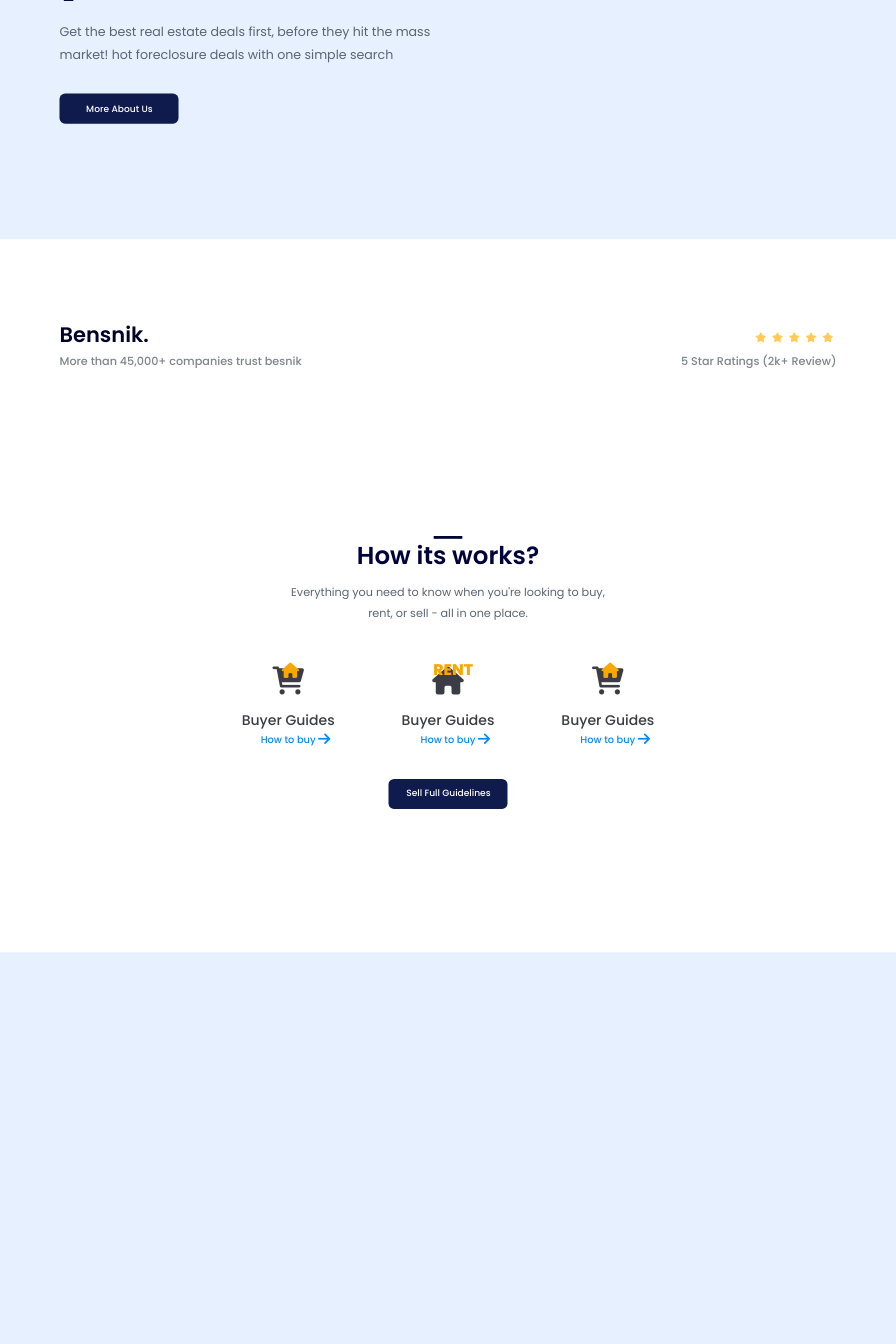
Repository: kauittt/f8-htmlcss-01
Page: index.html
These files come from the project's save history. The page is drawn as it stood at one moment and after the next save; the edit follows.
The browser window is 1280 px wide. The pictures show the part of the page from y = 394 to 2314 px (the page is 3771 px tall), at 70% of full size.

Above is the page before, as saved 2022-12-31 21:01:41.

### index.html
<!DOCTYPE html>
<html lang="en">
    <head>
        <meta charset="UTF-8" />
        <meta http-equiv="X-UA-Compatible" content="IE=edge" />
        <meta name="viewport" content="width=device-width, initial-scale=1.0" />
        <title>F8-PROJECT-01</title>
        <link rel="preconnect" href="https://cdnjs.cloudflare.com" />
        <link
            rel="stylesheet"
            href="https://cdnjs.cloudflare.com/ajax/libs/font-awesome/6.2.1/css/all.min.css"
        />
        <link rel="stylesheet" href="./assets/css/reset.css" />
        <link rel="stylesheet" href="./assets/fonts/stylesheet.css" />
        <link rel="stylesheet" href="./assets/css/styles.css" />
    </head>
    <body>
        <header id="header" class="colored">
            <div class="content">
                <div class="header-nav">
                    <p class="logo">Bensnik.</p>
                    <ul class="header-nav-list">
                        <li class="header-nav-list__item">Home</li>
                        <li class="header-nav-list__item">Features</li>
                        <li class="header-nav-list__item">Services</li>
                        <li class="header-nav-list__item">Resources</li>
                        <li class="header-nav-list__item">Contact</li>
                    </ul>

                    <div class="header-nav-account">
                        <p class="header-nav-account__general">Sign in</p>
                        <p class="header-nav-account__general btn">Sign up</p>
                    </div>
                </div>

                <div class="header-about">
                    <p class="header-about__welcome">
                        Welcome to Bensnik Agency
                    </p>
                    <h1 class="header-about__heading">
                        Discover a place you'll love to live
                    </h1>
                    <p class="header-about__desc">
                        Get the best real estate deals first, before they hit
                        the mass market! hot foreclosure deals with one simple
                        search
                    </p>
                    <p class="header-about__link btn">More About Us</p>
                </div>
            </div>
        </header>

        <div id="client">
            <div class="content">
                <div class="client-infor">
                    <p class="logo">Bensnik.</p>
                    <div class="client-infor-wrap">
                        <i class="fa-solid fa-star client-infor-wrap__item"></i>
                        <i class="fa-solid fa-star client-infor-wrap__item"></i>
                        <i class="fa-solid fa-star client-infor-wrap__item"></i>
                        <i class="fa-solid fa-star client-infor-wrap__item"></i>
                        <i class="fa-solid fa-star client-infor-wrap__item"></i>
                    </div>
                </div>
                <div class="client-infor">
                    <p class="client-infor__text">
                        More than 45,000+ companies trust besnik
                    </p>
                    <p class="client-infor__text">
                        5 Star Ratings (2k+ Review)
                    </p>
                </div>

                <div class="client-logo">
                    <img src="" alt="" />
                </div>
            </div>
        </div>

        <div id="desc">
            <div class="small-content desc-wrap">
                <div class="desc-heading">
                    <h2 class="desc-heading__title">How its works?</h2>
                    <p class="desc-heading__text">
                        Everything you need to know when you're looking to buy,
                        rent, or sell - all in one place.
                    </p>
                </div>

                <div class="desc-guide">
                    <div class="desc-guide-item">
                        <i
                            class="desc-guide-item__icon fa-solid fa-cart-shopping"
                        >
                        </i>
                        <i
                            class="desc-guide-item__childIcon desc-guide-item__childIcon--topCenter fa-solid fa-house"
                        ></i>
                        <p class="desc-guide-item__name">Buyer Guides</p>
                        <p class="desc-guide-item__instruc">
                            How to buy
                            <i
                                class="desc-guide-item__instruc__icon fa-solid fa-arrow-right"
                            ></i>
                        </p>
                    </div>
                    <div class="desc-guide-item">
                        <i
                            class="desc-guide-item__icon fa-solid fa-house"
                        ></i>
                        </i>
                        <span class="desc-guide-item__childIcon">RENT</span>
                        <p class="desc-guide-item__name">Buyer Guides</p>
                        <p class="desc-guide-item__instruc">
                            How to buy
                            <i
                                class="desc-guide-item__instruc__icon fa-solid fa-arrow-right"
                            ></i>
                        </p>
                    </div>
                    <div class="desc-guide-item">
                        <i
                            class="desc-guide-item__icon fa-solid fa-cart-shopping"
                        >
                        </i>
                        <i
                            class="desc-guide-item__childIcon fa-solid fa-house"
                        ></i>
                        <p class="desc-guide-item__name">Buyer Guides</p>
                        <p class="desc-guide-item__instruc">
                            How to buy
                            <i
                                class="desc-guide-item__instruc__icon fa-solid fa-arrow-right"
                            ></i>
                        </p>
                    </div>
                </div>

                <p class="desc__link btn">Sell Full Guidelines</p>
            </div>
        </div>

        <div id="feature" class="colored">
            <div class="content"></div>
        </div>

        <div id="news">
            <div class="content"></div>
        </div>

        <footer id="footer">
            <div class="content">
                <div class="nav"></div>
            </div>
        </footer>

        <script src="./assets/js/basic.js"></script>
    </body>
</html>

### assets/css/reset.css
html,
body,
div,
span,
applet,
object,
iframe,
h1,
h2,
h3,
h4,
h5,
h6,
p,
blockquote,
pre,
a,
abbr,
acronym,
address,
big,
cite,
code,
del,
dfn,
em,
img,
ins,
kbd,
q,
s,
samp,
small,
strike,
strong,
sub,
sup,
tt,
var,
b,
u,
i,
center,
dl,
dt,
dd,
ol,
ul,
li,
fieldset,
form,
label,
legend,
table,
caption,
tbody,
tfoot,
thead,
tr,
th,
td,
article,
aside,
canvas,
details,
embed,
figure,
figcaption,
footer,
header,
hgroup,
menu,
nav,
output,
ruby,
section,
summary,
time,
mark,
audio,
video {
    margin: 0;
    padding: 0;
    border: 0;
    font-size: 100%;
    font: inherit;
    vertical-align: baseline;
}
article,
aside,
details,
figcaption,
figure,
footer,
header,
hgroup,
menu,
nav,
section {
    display: block;
}
body {
    line-height: 1;
}
ol,
ul {
    list-style: none;
}
blockquote,
q {
    quotes: none;
}
blockquote:before,
blockquote:after,
q:before,
q:after {
    content: "";
    content: none;
}
table {
    border-collapse: collapse;
    border-spacing: 0;
}

### assets/fonts/stylesheet.css
@font-face {
    font-family: "Poppins";
    src: url("Poppins/Poppins-Bold.woff2") format("woff2"),
        url("Poppins/Poppins-Bold.woff") format("woff");
    font-weight: bold;
    font-style: normal;
    font-display: swap;
}

@font-face {
    font-family: "Poppins";
    src: url("Poppins/Poppins-Black.woff2") format("woff2"),
        url("Poppins/Poppins-Black.woff") format("woff");
    font-weight: 900;
    font-style: normal;
    font-display: swap;
}

@font-face {
    font-family: "Poppins";
    src: url("Poppins/Poppins-BlackItalic.woff2") format("woff2"),
        url("Poppins/Poppins-BlackItalic.woff") format("woff");
    font-weight: 900;
    font-style: italic;
    font-display: swap;
}

@font-face {
    font-family: "Poppins";
    src: url("Poppins/Poppins-BoldItalic.woff2") format("woff2"),
        url("Poppins/Poppins-BoldItalic.woff") format("woff");
    font-weight: bold;
    font-style: italic;
    font-display: swap;
}

@font-face {
    font-family: "Poppins";
    src: url("Poppins/Poppins-ExtraBold.woff2") format("woff2"),
        url("Poppins/Poppins-ExtraBold.woff") format("woff");
    font-weight: bold;
    font-style: normal;
    font-display: swap;
}

@font-face {
    font-family: "Poppins";
    src: url("Poppins/Poppins-ExtraBoldItalic.woff2") format("woff2"),
        url("Poppins/Poppins-ExtraBoldItalic.woff") format("woff");
    font-weight: bold;
    font-style: italic;
    font-display: swap;
}

@font-face {
    font-family: "Poppins";
    src: url("Poppins/Poppins-ExtraLight.woff2") format("woff2"),
        url("Poppins/Poppins-ExtraLight.woff") format("woff");
    font-weight: 200;
    font-style: normal;
    font-display: swap;
}

@font-face {
    font-family: "Poppins";
    src: url("Poppins/Poppins-ExtraLightItalic.woff2") format("woff2"),
        url("Poppins/Poppins-ExtraLightItalic.woff") format("woff");
    font-weight: 200;
    font-style: italic;
    font-display: swap;
}

@font-face {
    font-family: "Poppins";
    src: url("Poppins/Poppins-Italic.woff2") format("woff2"),
        url("Poppins/Poppins-Italic.woff") format("woff");
    font-weight: normal;
    font-style: italic;
    font-display: swap;
}

@font-face {
    font-family: "Poppins";
    src: url("Poppins/Poppins-Light.woff2") format("woff2"),
        url("Poppins/Poppins-Light.woff") format("woff");
    font-weight: 300;
    font-style: normal;
    font-display: swap;
}

@font-face {
    font-family: "Poppins";
    src: url("Poppins/Poppins-LightItalic.woff2") format("woff2"),
        url("Poppins/Poppins-LightItalic.woff") format("woff");
    font-weight: 300;
    font-style: italic;
    font-display: swap;
}

@font-face {
    font-family: "Poppins";
    src: url("Poppins/Poppins-Medium.woff2") format("woff2"),
        url("Poppins/Poppins-Medium.woff") format("woff");
    font-weight: 500;
    font-style: normal;
    font-display: swap;
}

@font-face {
    font-family: "Poppins";
    src: url("Poppins/Poppins-MediumItalic.woff2") format("woff2"),
        url("Poppins/Poppins-MediumItalic.woff") format("woff");
    font-weight: 500;
    font-style: italic;
    font-display: swap;
}

@font-face {
    font-family: "Poppins";
    src: url("Poppins/Poppins-Regular.woff2") format("woff2"),
        url("Poppins/Poppins-Regular.woff") format("woff");
    font-weight: normal;
    font-style: normal;
    font-display: swap;
}

@font-face {
    font-family: "Poppins";
    src: url("Poppins/Poppins-SemiBold.woff2") format("woff2"),
        url("Poppins/Poppins-SemiBold.woff") format("woff");
    font-weight: 600;
    font-style: normal;
    font-display: swap;
}

@font-face {
    font-family: "Poppins";
    src: url("Poppins/Poppins-SemiBoldItalic.woff2") format("woff2"),
        url("Poppins/Poppins-SemiBoldItalic.woff") format("woff");
    font-weight: 600;
    font-style: italic;
    font-display: swap;
}

@font-face {
    font-family: "Poppins";
    src: url("Poppins/Poppins-Thin.woff2") format("woff2"),
        url("Poppins/Poppins-Thin.woff") format("woff");
    font-weight: 100;
    font-style: normal;
    font-display: swap;
}

@font-face {
    font-family: "Poppins";
    src: url("Poppins/Poppins-ThinItalic.woff2") format("woff2"),
        url("Poppins/Poppins-ThinItalic.woff") format("woff");
    font-weight: 100;
    font-style: italic;
    font-display: swap;
}

### assets/css/styles.css
/*! COMMON */
* {
    box-sizing: border-box;
}

html {
    font-size: 62.5%;
}

body {
    font-family: "Poppins", sans-serif;
    font-size: 1.4rem;
    font-weight: 500;
    display: flex;
    flex-direction: column;
}

:root {
    --main-color: #e6f0ff;
}

.colored {
    background-color: var(--main-color);
}

.content {
    max-width: 111rem;
    margin: 0 auto;
}

.small-content {
    max-width: 68.5rem;
    margin: 0 auto;
}

.logo {
    color: #000228;
    font-weight: 600;
    font-size: 3rem;
}

/*! HEADER */
#header {
    height: 73.6rem;
}

.header-nav {
    display: flex;
    margin-top: 38px;
    height: 4rem;
    justify-content: space-between;
    align-items: center;
}

.header-nav-list {
    display: flex;
    margin-left: -206px;
}

.header-nav-list__item {
    color: #4f5361;
}

.header-nav-list__item + .header-nav-list__item {
    margin-left: 28px;
}

.header-nav-account {
    display: flex;
}

.header-nav-account__general {
    padding: 9px 22px 10px 23px;
    color: #0f1b4c;
}

/*! BUTTONN */
.btn {
    display: inline-block;
    border-radius: 8px;
    color: #fff;
    background-color: #0f1b4c;
    align-items: center;
}
/*!  */

.header-about {
    margin-top: 138px;
    max-width: 55.9rem;
}

.header-about__welcome {
    font-size: 1.8rem;
    color: #687690;
}

.header-about__heading {
    font-size: 6.4rem;
    font-weight: 700;
    line-height: 7.6rem;
    margin: 8px 0 30px 0;
    color: #000336;
}

.header-about__desc {
    font-size: 1.8rem;
    line-height: 3.2rem;
    font-weight: 400;
    color: #5a6473;
}

.header-about__link {
    font-size: 1.3rem;
    padding: 15px 37px 15px 38px;
    margin-top: 40px;
}

/*! LOGO */
#client {
    height: 31.2rem;
    margin-top: 122px;
}

.client-infor {
    display: flex;
    justify-content: space-between;
    align-items: center;
}

.client-infor + .client-infor {
    margin-top: 15px;
}

.client-infor-wrap__item {
    display: inline-block;
    width: 2.03rem;
    height: 1.885rem;
    color: #ffca56;
    line-height: 3rem;
}

.client-infor__text {
    font-size: 1.6rem;
    color: #7d8589;
}

.client-logo {
}

/*! DESCRIPTION */
#desc {
    height: 58.5rem;
}

.desc-wrap {
    text-align: center;
}

.desc-heading {
    max-width: 45rem;
    margin: 0 auto;
    display: flex;
    flex-direction: column;
}

.desc-heading__title {
    font-size: 3.5rem;
    font-weight: 600;
    color: #000339;
    position: relative;
}

.desc-heading__title::before {
    content: "";
    display: block;
    position: absolute;

    width: 4.1rem;
    height: 0.4rem;
    background-color: #000339;

    left: 50%;
    top: -1rem;
    transform: translateX(-50%);
}

.desc-heading__text {
    font-size: 1.6rem;
    font-weight: 400;
    line-height: 3rem;
    margin-top: 2rem;
    color: #5a6473;
}

.desc-guide {
    display: flex;
    margin-top: 62px;
    margin-bottom: 50px;
}

.desc-guide-item {
    width: calc(100% / 3);
    position: relative;
}

.desc-guide-item__icon {
    color: #3b3c45;
    font-size: 4rem;
}

.desc-guide-item__childIcon {
    position: absolute;
    font-size: 2.2rem;
    color: #f7a804;
    left: 50%;
    transform: translateX(-37%);
    top: -6px;
    font-weight: 700;
}

.desc-guide-item__name {
    font-size: 2rem;
    color: #3b3c45;
    margin-top: 26px;
    margin-bottom: 10px;
}

.desc-guide-item__instruc {
    font-size: 1.4rem;
    color: #0689ff;
    position: relative;
}

.desc-guide-item__instruc__icon {
    position: absolute;
    font-size: 2rem;
    top: 50%;
    transform: translateY(-50%);
    right: 5.4rem;
}

.desc__link {
    padding: 14px 24px 16px 25px;
    font-size: 1.3rem;
}

/*! FEATURE */
#feature {
    height: 158.7rem;
}

/*! NEWS */
#new {
    height: 40.9rem;
}

/*! FOOTER */
#footer {
    height: 42.9rem;
}

Loaded but not shown: assets/js/basic.js (no copy from this time; the picture is the same without it)

After the next save:
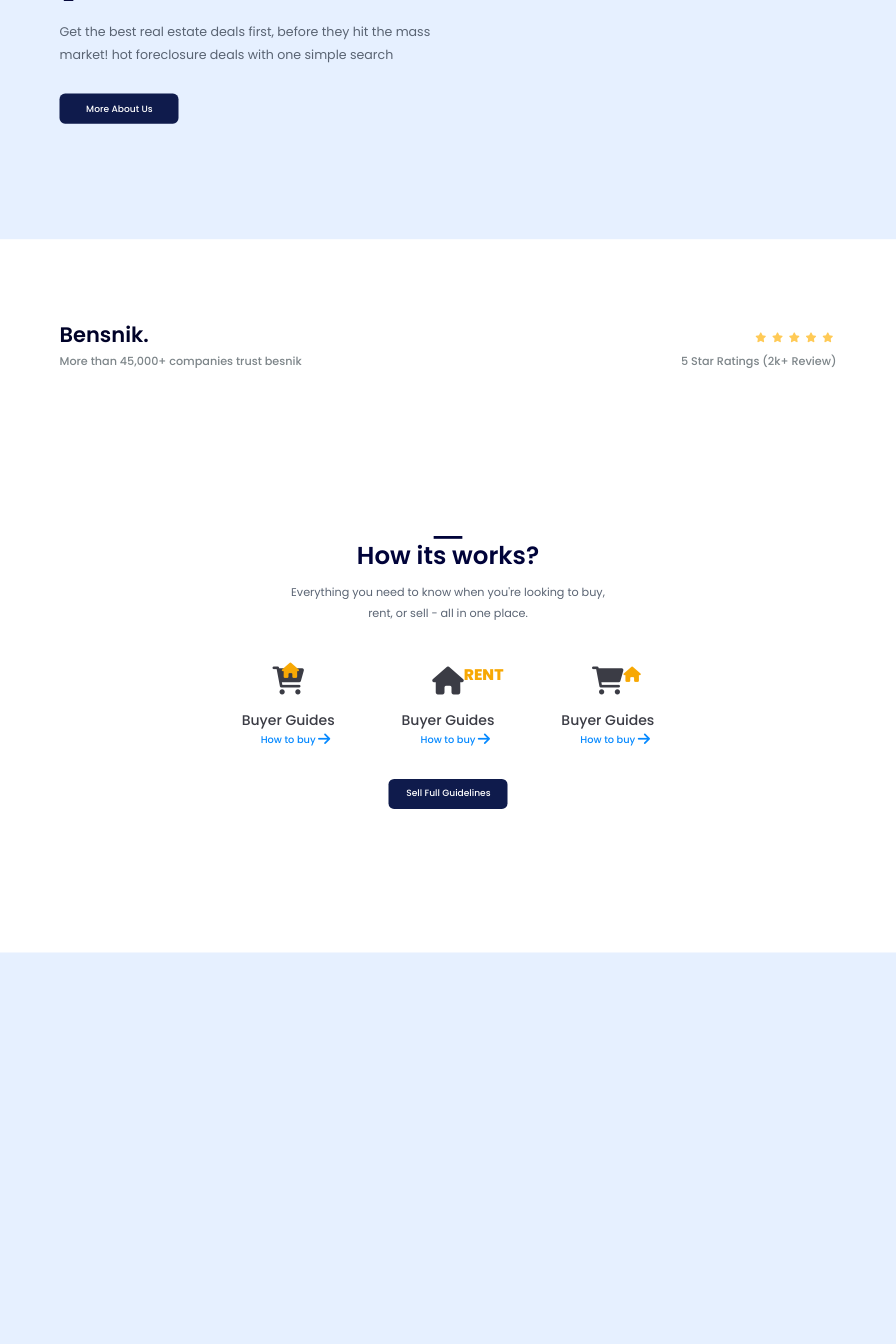
Saved 5 s later.
--- a/assets/css/styles.css
+++ b/assets/css/styles.css
@@ -212,10 +212,13 @@ body {
     position: absolute;
     font-size: 2.2rem;
     color: #f7a804;
+    font-weight: 700;
+}
+
+.desc-guide-item__childIcon--topCenter {
     left: 50%;
     transform: translateX(-37%);
     top: -6px;
-    font-weight: 700;
 }
 
 .desc-guide-item__name {
